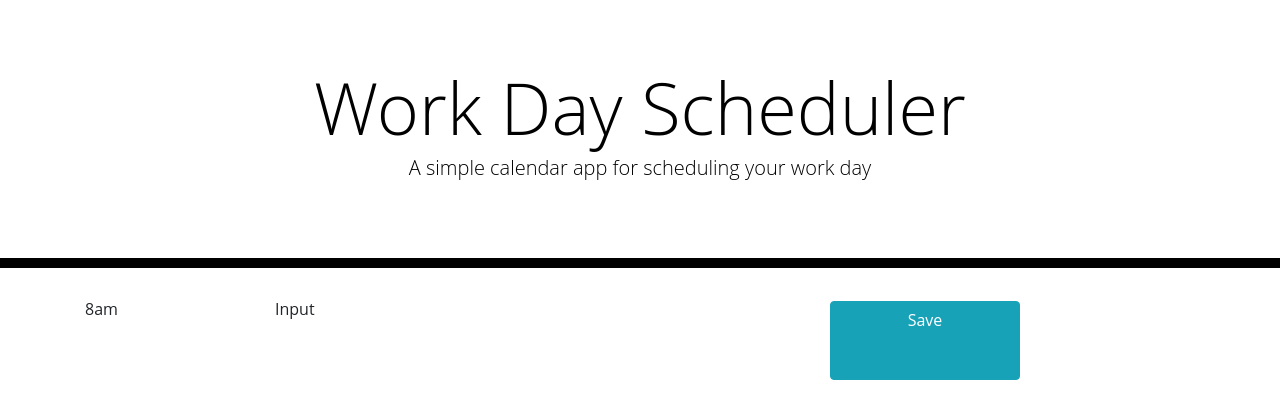
Repository: kkyler24/DayPlanner
Page: Index.html
These files come from the project's save history. The page is drawn as it stood at one moment and after the next save; the edit follows.
The browser window is 1280 px wide. The pictures show the whole page.
Some web libraries are served in a nearby version.

Above is the page before, as saved 2020-04-02 13:25:35.

### Index.html
<!DOCTYPE html>
<html lang="en">
<head>
    <meta charset="UTF-8">
    <meta name="viewport" content="width=device-width, initial-scale=1.0">
    <!-- Style Sheets -->
    <link rel="stylesheet" href="https://maxcdn.bootstrapcdn.com/bootstrap/4.0.0/css/bootstrap.min.css" integrity="sha384-Gn5384xqQ1aoWXA+058RXPxPg6fy4IWvTNh0E263XmFcJlSAwiGgFAW/dAiS6JXm" crossorigin="anonymous">
    <link rel="stylesheet" type="text/CSS" href="Assets/todocss/todostyles.css">
    <link rel="stylesheet"  type="text/CSS" href="style.css">
    <title>Planner</title>
</head>
<body>
<Main>
    <!-- <----Scheduler -->
    <header class="jumbotron">
        <h1 class="display-3">Work Day Scheduler</h1>
        <p class="lead">A simple calendar app for scheduling your work day</p>
        <p id="currentDay" class="lead"></p>
    </header>
      <div class="container">
      <div class="row">
          <div class="col-sm-2">8am</div>
          <div class="col-sm-6">Input</div>
          <div class="col-sm-2 btn btn-info">Save</div>
      </div>



      </div>



<!--Todolist todo list Set up -->
<Div style="display: none">
<Section>
    <div id="ContainerTodo">
        <H1>Today's To-Do List</H1>
        <input type="text">
        <ul>
            <li><span>X</span> Go to Gym</li>
            <li><span>X</span> Finish H.W</li>
            <li><span>X</span> Take over the World</li>
        </ul>


         </div>
 <!-- calendar set up -->
    <div class="container col-sm-4 col-md-7 col-lg-4 mt-5">
        <div class="card">
            <h3 class="card-header" id="monthAndYear"></h3>
            <table class="table table-bordered table-responsive-md" id="calendar">
                <thead>
                <tr>
                    <th>Sun</th>
                    <th>Mon</th>
                    <th>Tue</th>
                    <th>Wed</th>
                    <th>Thu</th>
                    <th>Fri</th>
                    <th>Sat</th>
                </tr>
                </thead>

                <tbody id="calendar-body">

                </tbody>
            </table>

            <div class="form-inline">

                <button class="btn btn-outline-primary col-sm-6" id="previous" onclick="previous()">Previous</button>

                <button class="btn btn-outline-primary col-sm-6" id="next" onclick="next()">Next</button>
            </div>
            <br/>
            <form class="form-inline">
                <label class="lead mr-2 ml-2" for="month">Jump To: </label>
                <select class="form-control col-sm-4" name="month" id="month" onchange="jump()">
                    <option value=0>Jan</option>
                    <option value=1>Feb</option>
                    <option value=2>Mar</option>
                    <option value=3>Apr</option>
                    <option value=4>May</option>
                    <option value=5>Jun</option>
                    <option value=6>Jul</option>
                    <option value=7>Aug</option>
                    <option value=8>Sep</option>
                    <option value=9>Oct</option>
                    <option value=10>Nov</option>
                    <option value=11>Dec</option>
                </select>


                <label for="year"></label><select class="form-control col-sm-4" name="year" id="year" onchange="jump()">

                <option value=2020>2020</option>
                <option value=2021>2021</option>
                <option value=2022>2022</option>
                <option value=2023>2023</option>
                <option value=2024>2024</option>
                <option value=2025>2025</option>
                <option value=2026>2026</option>
                <option value=2027>2027</option>
                <option value=2028>2028</option>
                <option value=2029>2029</option>
                <option value=2030>2030</option>
                <option value=2030>2030</option>
                <option value=2030>2030</option>
                <option value=2030>2030</option>
                <option value=2030>2030</option>
            </select></form>
        </div>
    </div>
    <!--<button name="jump" onclick="jump()">Go</button>-->
</sectiontwo>

</Main>

<script src="https://code.jquery.com/jquery-3.2.1.slim.min.js" integrity="sha384-KJ3o2DKtIkvYIK3UENzmM7KCkRr/rE9/Qpg6aAZGJwFDMVNA/GpGFF93hXpG5KkN" crossorigin="anonymous"></script>
<script src="https://cdnjs.cloudflare.com/ajax/libs/popper.js/1.12.9/umd/popper.min.js" integrity="sha384-ApNbgh9B+Y1QKtv3Rn7W3mgPxhU9K/ScQsAP7hUibX39j7fakFPskvXusvfa0b4Q" crossorigin="anonymous"></script>
<script src="https://maxcdn.bootstrapcdn.com/bootstrap/4.0.0/js/bootstrap.min.js" integrity="sha384-JZR6Spejh4U02d8jOt6vLEHfe/JQGiRRSQQxSfFWpi1MquVdAyjUar5+76PVCmYl" crossorigin="anonymous"></script>
<script <script src="https://cdnjs.cloudflare.com/ajax/libs/moment.js/2.24.0/moment.min.js"></script>
<script type="text/javascript" src="javascript.js"></script>
<script type="text/javascript" src="Assets/todo JS/todo.js"></script>
</body>
</html>

### Assets/todocss/todostyles.css
/* #ContainerTodo{
  border: 2px solid teal ;
  border-radius:10px ;
  width: 400px;
  margin-top:3rem;
  margin-left:200px ;
  float: left;

} */


Planner

.past{
  background-color: grey;
}
.present {
  background-color: red;
}
.future {
  background-color: green;
}
.column-small {
  flex-grow: 1;
  display: inline-block;
  text-align: center;
  height: 25px;
  width: 25px;
  border-top: 1px solid black;
  border-radius: 2.5px;
}
.column-large {
  flex-grow: 10;
  display: inline-block;
  text-align: center;
}
.left {
  border-right: 1px solid black;
  background-color: maroon;
  color: white;
  background-image: linear-gradient(to right, white, maroon);
}
.right {
  border-left: 1px solid black;
  cursor: pointer;
}
.middle {
  border-bottom: 1px solid black;
  background-color: beige;
}
#date {
  margin: auto;
  text-align: center;
  height: 50px;
  width: 50%;
  font-weight: bold;
  font-size: 1.3em;
}
form {
  display: flex;
}

### style.css
/* .container{
    margin-right: 150px;
    margin-top: 3rem;
    float: left;
    border: 2px solid teal;
    border-radius: 10px;
} */

body {
    font-family: 'Open Sans', sans-serif;
    font-size: 16px;
    line-height: 1;
  }

  textarea{
    background: transparent;
    border: none;
    resize: none;
    color: #000000;
    border-left: 1px solid black;
    padding: 10px;
  }

  .jumbotron {
    text-align: center;
    background-color: transparent;
    color: black;
    border-radius: 0;
    border-bottom: 10px solid black;
  }

  .description{
    white-space: pre-wrap;
  }

  .time-block{
    text-align: center;
    border-radius: 15px;
  }

  .row {
    white-space: pre-wrap;
    height: 80px;
    border-top: 1px solid white;;
  }

  .hour {
    background-color: #ffffff;
    color: #000000;
    border-top: 1px dashed #000000;
  }

  .past {
    background-color: #d3d3d3;
    color: white;
  }

  .present {
    background-color: #ff6961;
    color: white;
  }

  .future {
    background-color: #77dd77;
    color: white;
  }

  .saveBtn {
    border-left: 1px solid black;
    border-top-right-radius: 15px;
    border-bottom-right-radius: 15px;
    background-color: #06AED5;
    color: white;
  }

  .saveBtn i:hover {
    font-size: 20px;
    transition: all .3s ease-in-out;
  }

### javascript.js
let today = new Date();
let currentMonth = today.getMonth();
let currentYear = today.getFullYear();
let selectYear = document.getElementById("year");
let selectMonth = document.getElementById("month");


let months = ["January", "February", "March", "April", "May", "June", "July", "August", "September", "October", "November", "December"];

let monthAndYear = document.getElementById("monthAndYear");
showCalendar(currentMonth, currentYear);

function showCalendar(month, year){

    let firstDay =(new Date(year, month)).getDay();
    let daysInMonth = 32- new Date(year, month, 32).getDate();

    // -->body of the Calendar<--
    let tbl = document.getElementById("calendar-body");


// -->clear previous cells, for new month<--
    tbl.innerHTML="";

    monthAndYear.innerHTML= months[months]+" "+ year;

    // --> create cells for Calendar<--
    let date = 1;
    for(let i = 0; i < 6; i++){
        let row  = document.createElement("tr");
        // --> creating table rows. not really sure about the 6 part. inquire why you need a 6 and not a 7-->

        // creating indivdual cells, and putting data in them.

        for(let j = 0; j < 7; j++){
            if(i===0 && j< firstDay){
                let cell = document.createElement("td");
                let cellText = document.createTextNode("");
                cell.appendChild(cellText);
                row.appendChild(cell);
            }
            else if(date > daysInMonth)
             { break;

        }
        else {
            let cell = document.createElement("td");
            let cellText = document.createTextNode(date);
            if(date ===today.getDate() && year === today.getFullYear() && month === today.getMonth()){
                cell.classList.add
                // --> bootstrap colors, try to get a wider variety of colors <--
                ("bg-info");
            }
            cell.appendChild(cellText);
            row.appendChild(cell);


        }
        date++;

        }

        tbl.appendChild(row);

    }

}

function previous(){
    currentYear =( currentMonth === 0)? currentYear -1 : currentYear;
    currentMonth = currentMonth === 0? 11:currentMonth-1;
    showCalendar(currentMonth, currentYear);
}

function next(){
    currentYear = (currentMonth ===11)? currentYear + 1: currentYear;
    currentMonth = (currentMonth + 1) % 12;
    showCalendar (currentMonth, currentYear);

}
// To do list set up

### Assets/todo JS/todo.js
// check off to do list items and change colors for different stages// in progress<--
$("li").dblclick(function () {
        if($(this).css("color") === "rgb(11, 209, 170)"){
            $(this).css({
                color: "gray",
                textDecoration: "line-through"
            });
        }
        else{
            $(this).css({
            color: "rgb(11, 209, 170)",
            textDecoration: "none",
            fontWeight: "bold"
        });
    }
});

$("li").click(function () {
    // if Li is grey how do we change it back to black?
    if($(this).css("color") === "rgb(128, 128, 128)"){
        $(this).css({
            color: "black",
            textDecoration: "none"
        });
    }
    else{
        $(this).css({
        color: "gray",
        textDecoration: "line-through"
    });
}
});



// Planner-->

After the next save:
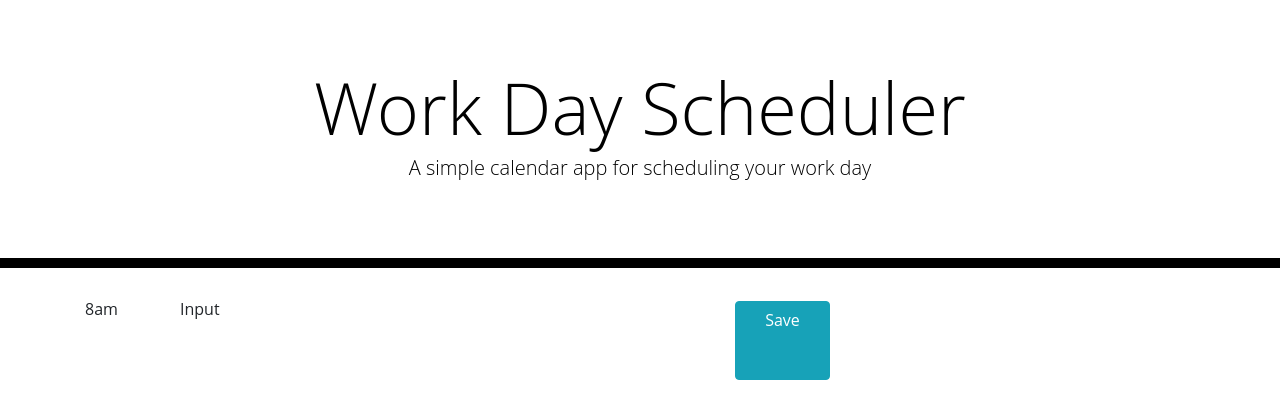
Saved 68 s later.
--- a/Index.html
+++ b/Index.html
@@ -19,9 +19,9 @@
     </header>
       <div class="container">
       <div class="row">
-          <div class="col-sm-2">8am</div>
+          <div class="col-sm-1">8am</div>
           <div class="col-sm-6">Input</div>
-          <div class="col-sm-2 btn btn-info">Save</div>
+          <div class="col-sm-1 btn btn-info">Save</div>
       </div>
 
 
